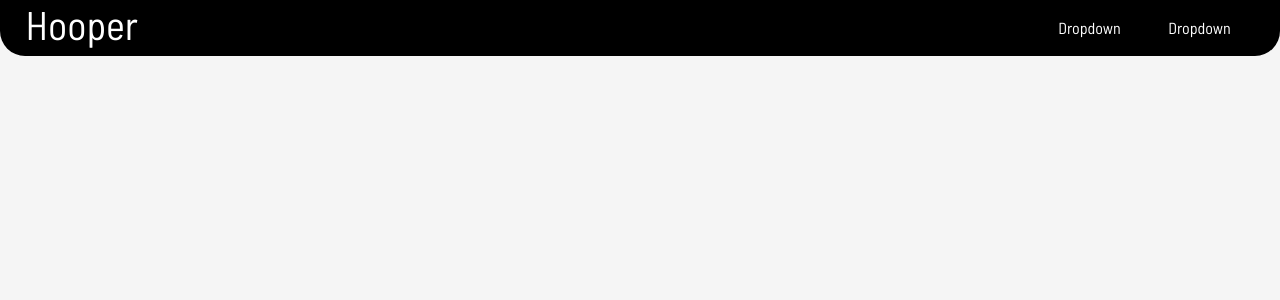
Repository: vlasarte/Hooper
Page: index.html
The author's editor kept a copy of each file at every save. The page is drawn from the files as they stood at one save, then again after the next save.
The browser window is 1280 px wide. The pictures show the whole page.
Some web fonts or font styles are not loaded; a fallback is used.

Above is the page before, as saved 2020-02-11 18:55:13.

### index.html
<!DOCTYPE html>
<!--[if lt IE 7]>      <html class="no-js lt-ie9 lt-ie8 lt-ie7"> <![endif]-->
<!--[if IE 7]>         <html class="no-js lt-ie9 lt-ie8"> <![endif]-->
<!--[if IE 8]>         <html class="no-js lt-ie9"> <![endif]-->
<!--[if gt IE 8]><!--> <html class="no-js"> <!--<![endif]-->
    <head>
        <meta charset="utf-8">
        <meta http-equiv="X-UA-Compatible" content="IE=edge">
        <title>Hooper</title>
        <meta name="description" content="">
        <meta name="viewport" content="width=device-width, initial-scale=1">
        <link href="https://fonts.googleapis.com/css?family=Amaranth|Barlow+Semi+Condensed|Coda|Orbitron|Play&display=swap" rel="stylesheet">
        <link rel="stylesheet" href="https://stackpath.bootstrapcdn.com/bootstrap/4.3.1/css/bootstrap.min.css" integrity="sha384-ggOyR0iXCbMQv3Xipma34MD+dH/1fQ784/j6cY/iJTQUOhcWr7x9JvoRxT2MZw1T" crossorigin="anonymous">
        <link rel="stylesheet" href="assets/css/style.css">
    </head>
    <body>

    <header>
        <h1>Hooper</h1>
        <div class="dropdown">
            <button class="dropbtn">Dropdown</button>
            <div class="dropdown-content">
                <a href="#">Link 1</a>
                <a href="#">Link 2</a>
                <a class="dropdown-content-last" href="#">Link 3</a>
            </div>
        </div>
        <div class="dropdown">
            <button class="dropbtn">Dropdown</button>
            <div class="dropdown-content">
                <a href="#">Link 1</a>
                <a href="#">Link 2</a>
                <a class="dropdown-content-last" href="#">Link 3</a>
            </div>
        </div>
    </header>



        <!--[if lt IE 7]>
            <p class="browsehappy">You are using an <strong>outdated</strong> browser. Please <a href="#">upgrade your browser</a> to improve your experience.</p>
        <![endif]-->

        <script src="assets/js/javascript.js" async defer></script>
    </body>
</html>

### assets/css/style.css
/* default settings */

body {
    font-family: 'Barlow Semi Condensed', sans-serif;
    background: whitesmoke;
}


/* header section */

header {
    font-family: 'Barlow Semi Condensed', sans-serif;
    width: 100%;
    height: 56px;
    background: black;
    color: white;
    padding: 0% 2%;
    border-radius: 0px 0px 25px 25px;
    position: sticky;
    top: 0;
    z-index: 1;
}

header h1 {
    float: left;
    height: 56px;
    margin: 0px;
}


/* hover dropdowns */

.dropbtn {
    height: 56px;
    font-family: 'Barlow Semi Condensed', sans-serif;
    min-width: 100px;
    background-color: black;
    color: white;
    padding: 16px;
    font-size: 16px;
    border: none;
    border-radius: 25px 25px 0px 0px;
}

.dropdown {
    margin: 0px 5px;
    float: right;
    position: relative;
    display: inline-block;
}

.dropdown-content {
    text-align: center;
    display: none;
    position: absolute;
    background-color: #f1f1f1;
    width: 100px;
    box-shadow: 0px 8px 16px 0px rgba(0, 0, 0, 0.2);
    z-index: 1;
    border-radius: 0px 0px 25px 25px;
}

.dropdown-content a {
    color: black;
    padding: 12px 16px;
    text-decoration: none;
    display: block;
}

.dropdown-content a:hover {
    background-color: #ddd;
}

.dropdown:hover .dropdown-content {
    display: block;
}

.dropdown:hover .dropbtn {
    background-color: #ddd;
    color: black;
}

.dropdown-content-last {
    border-radius: 0px 0px 25px 25px;
}

Loaded but not shown: assets/js/javascript.js (no stored copy; drawn as an empty file)

After the next save:
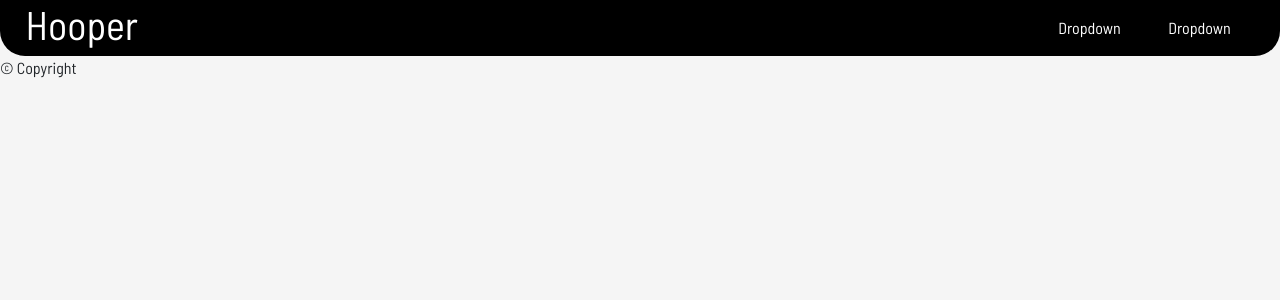
Saved 89 s later.
--- a/index.html
+++ b/index.html
@@ -15,31 +15,35 @@
     </head>
     <body>
 
-    <header>
-        <h1>Hooper</h1>
-        <div class="dropdown">
-            <button class="dropbtn">Dropdown</button>
-            <div class="dropdown-content">
-                <a href="#">Link 1</a>
-                <a href="#">Link 2</a>
-                <a class="dropdown-content-last" href="#">Link 3</a>
+        <header>
+            <h1>Hooper</h1>
+            <div class="dropdown">
+                <button class="dropbtn">Dropdown</button>
+                <div class="dropdown-content">
+                    <a href="#">Link 1</a>
+                    <a href="#">Link 2</a>
+                    <a class="dropdown-content-last" href="#">Link 3</a>
+                </div>
             </div>
-        </div>
-        <div class="dropdown">
-            <button class="dropbtn">Dropdown</button>
-            <div class="dropdown-content">
-                <a href="#">Link 1</a>
-                <a href="#">Link 2</a>
-                <a class="dropdown-content-last" href="#">Link 3</a>
+            <div class="dropdown">
+                <button class="dropbtn">Dropdown</button>
+                <div class="dropdown-content">
+                    <a href="#">Link 1</a>
+                    <a href="#">Link 2</a>
+                    <a class="dropdown-content-last" href="#">Link 3</a>
+                </div>
             </div>
-        </div>
-    </header>
+        </header>
+
+        <div class="body-container">
 
 
+        </div>
 
-        <!--[if lt IE 7]>
-            <p class="browsehappy">You are using an <strong>outdated</strong> browser. Please <a href="#">upgrade your browser</a> to improve your experience.</p>
-        <![endif]-->
+
+        <footer>
+            &copy Copyright
+        </footer>
 
         <script src="assets/js/javascript.js" async defer></script>
     </body>
